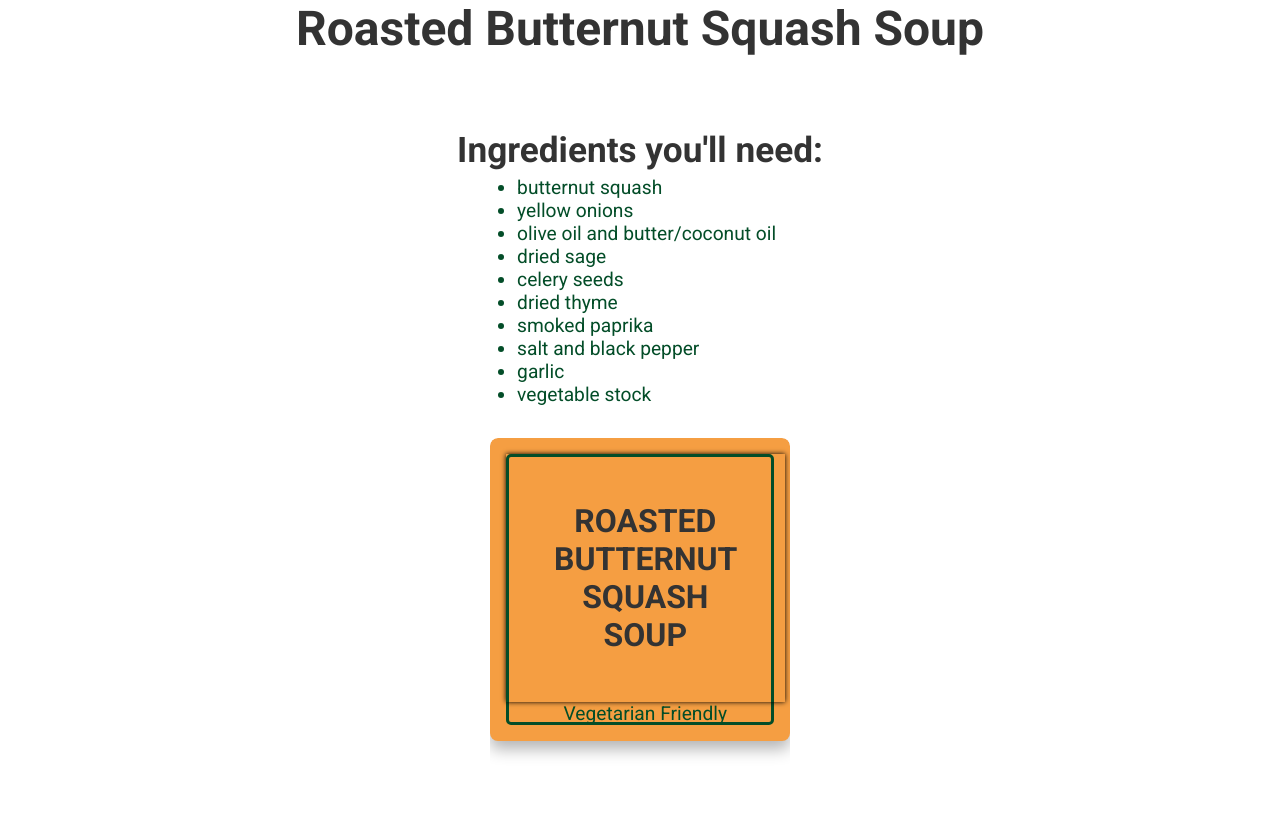
Repository: IDMX225/css-card-flip-LyssaMA
Page: src/index.html
The author's editor kept a copy of each file at every save. The page is drawn from the files as they stood at one save, then again after the next save.
The browser window is 1280 px wide. The pictures show the whole page.
The style sheet was rebuilt from its Sass, Less or Tailwind sources for each picture, by a compiler version that may differ from the author's.

Above is the page before, as saved 2024-11-12 20:17:39.
Not found: src/js/index.js

### src/index.html
<!DOCTYPE html>
<html lang="en">

<head>
  <meta charset="UTF-8">
  <meta name="viewport" content="width=device-width, initial-scale=1.0">
  <meta name="description" content="A modern CSS page">
  <meta name="generator" content="Eleventy v1.2">
  <title>Recipe</title>
  <link rel="shortcut icon" href="images/squash.png" type="image/png">
  <link rel="stylesheet" href="css/main.css">
</head>

<body>
  <!-- Title above the card -->
  <div class="title-above-card">Roasted Butternut Squash Soup</div>

  <!-- Ingredients Section -->
  <div class="ingredients">
    <div class="ingredients-heading">Ingredients you'll need:</div>
    <ul class="ingredients-list">
      <li>butternut squash</li>
      <li>yellow onions</li>
      <li>olive oil and butter/coconut oil</li>
      <li>dried sage</li>
      <li>celery seeds</li>
      <li>dried thyme</li>
      <li>smoked paprika</li>
      <li>salt and black pepper</li>
      <li>garlic</li>
      <li>vegetable stock</li>
    </ul>
  </div>

  <!-- The Card with the Recipe Title inside -->
  <div class="card">
    <div class="card__content">
      <div class="card__front">
        <h3 class="card__title">Roasted Butternut Squash Soup</h3>
        <p class="card__subtitle">Vegetarian Friendly</p>
      </div>

      <div class="card__back">
        <p class="card__body">To roast the squash, simply place the seasoned squash onto two large baking sheets lined
          with aluminum foil for easy cleanup. Roast in the oven for 45 minutes at 400°F.
          There's no need to flip over the squash halfway through roasting. Just let it go for 45 minutes and that's it!
          Enjoy!</p>
      </div>
    </div>
  </div>

  <script src="js/index.js"></script>
</body>

</html>

### src/sass/main.scss
/* Import Google Fonts */
@import url('https://fonts.googleapis.com/css2?family=Roboto:wght@400;700&display=swap');

:root {
  --level-three: translateZ(9rem);
  --fw-normal: 400;
  --fw-bold: 700;
  --clr: #f59e42; /* Squash Soup Orange */
  --clr-dark: #331710; /* Dark brown for the card back */
  --font-family: 'Roboto', sans-serif;
}

*,
*::before,
*::after {
  box-sizing: border-box;
  margin: 0;
}

body {
  font-family: var(--font-family);
  height: 100vh;
  display: grid;
  place-items: center;
}

/* Title Above the Card */
.title-above-card {
  font-family: var(--font-family);
  font-size: 3rem; /* Larger size for the title */
  font-weight: var(--fw-bold);
  text-align: center;
  margin-bottom: 1.5em; /* Space between title and ingredients */
  color: #333; /* Dark color for the title */
}

/* Ingredients Section */
.ingredients {
  text-align: center;
  margin-bottom: 2em; /* Space between ingredients and card */
}


.ingredients-heading {
  font-family: var(--font-family);
  font-size: 2.2rem; /* Larger size for "Ingredients you'll need:" */
  font-weight: var(--fw-bold);
  color: #333; /* Dark color */
  margin-bottom: 5px; /* Adds space between the heading and the ingredient list */
}

.ingredients-list {
  text-align: left;
  font-family: var(--font-family);
  font-size: 1.2rem; /* Regular size for the list items */
  color: #034d28; /* Dark green color */
  list-style-type: disc; /* Use bullet points for the list */
  margin-left: 20px; /* Indentation for the list items */
}

/* Card Container */
.card {
  width: 300px;
  height: 400px;
  perspective: 1000px;
  border-radius: 8px;
  overflow: hidden;
  padding-bottom: 2em; /* Add padding under the card */
}

/* Card Content */
.card__content {
  position: relative;
  width: 100%;
  height: 100%;
  transform-style: preserve-3d;
  transition: transform 0.6s;
}

.card:hover .card__content {
  transform: rotateY(180deg);
}

.card__front,
.card__back {
  position: absolute;
  top: 0;
  left: 0;
  right: 0;
  bottom: 0;
  backface-visibility: hidden;
  display: grid;
  justify-items: center;
  align-items: center;
  border-radius: 8px;  /* Ensures that the corners of both front and back are rounded */
}

/* Front of the Card */
.card__front {
  background-color: var(--clr);
  color: #034d28; /* Dark green text for contrast */
  padding: 1em;  /* Add space around the content inside the front of the card */
  border-radius: 8px; /* Match the card's rounded corners */
  box-shadow: 0 8px 16px rgba(0, 0, 0, 0.3); /* Add shadow to front for depth */
  position: relative;
}

/* Adding the border effect with rounded corners */
.card__front::before {
  content: '';
  position: absolute;
  top: 1em;
  bottom: 1em;
  left: 1em;
  right: 1em;
  border: 3px solid currentColor;
  border-radius: 5px; /* Rounded corners on the border */
}

/* Title on Card Front */
.card__title {
  font-family: var(--font-family);
  font-size: 2rem;
  font-weight: var(--fw-bold);
  text-transform: uppercase;
  color: #333;
  box-shadow: 0 0 5px black;
  padding: 1.5em; /* Padding inside the box for space from the border */
  text-align: center;
  position: relative; /* Ensure the title is properly positioned */
  z-index: 1;  /* Ensure the title is on top of the border */
}

/* Subtitle on Card */
.card__subtitle {
  font-family: var(--font-family);
  font-size: 1.2rem;
  font-weight: var(--fw-normal);
}

/* Back of the Card */
.card__back {
  background: var(--clr-dark);
  color: #f7d07d;
  transform: rotateY(180deg);
  border-radius: 8px; /* Ensure the back matches the card's rounded corners */
  padding: 2em; /* Add some padding to the back */
}

.card__body {
  font-family: var(--font-family);
  font-size: 1rem;
  line-height: 1.5;
  text-align: center;
}

After the next save:
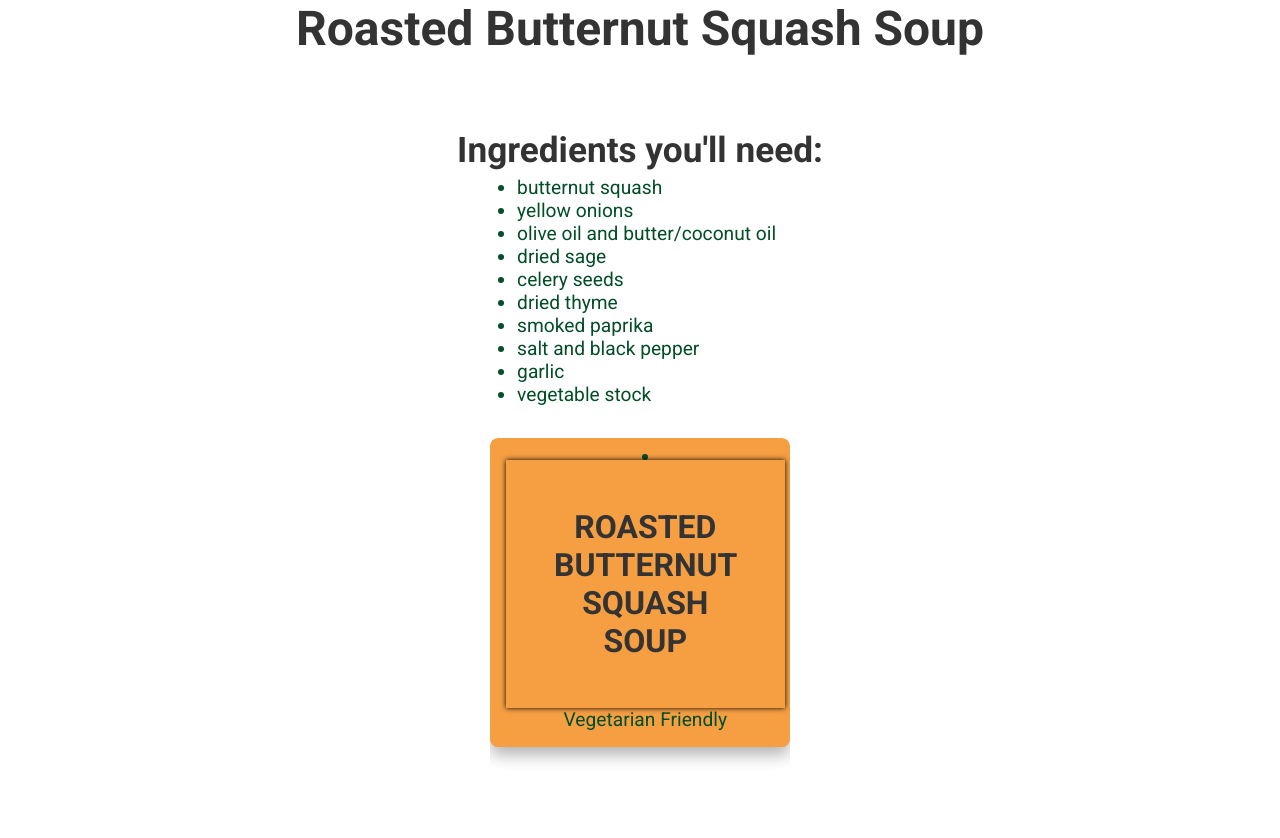
Saved 53 s later.
--- a/src/sass/main.scss
+++ b/src/sass/main.scss
@@ -108,7 +108,7 @@ body {
 /* Adding the border effect with rounded corners */
 .card__front::before {
   content: '';
-  position: absolute;
+  position: center;
   top: 1em;
   bottom: 1em;
   left: 1em;
